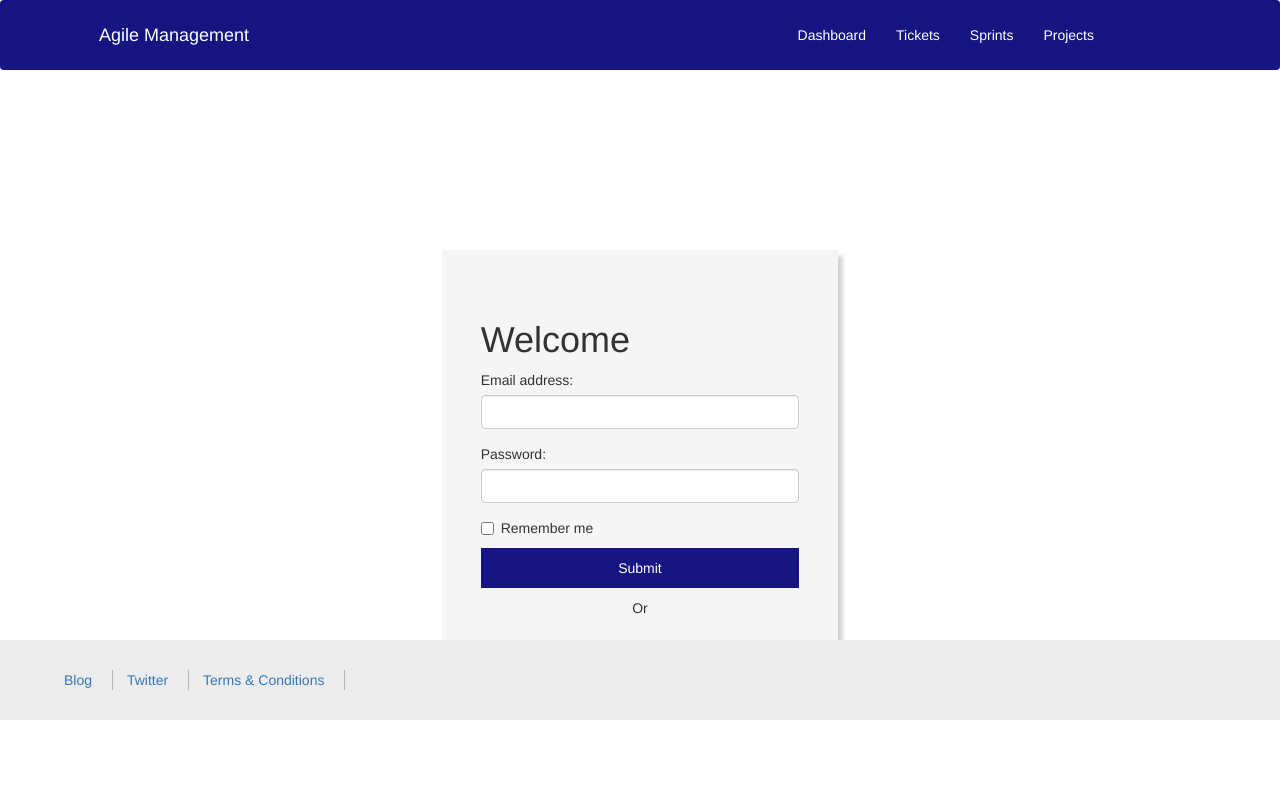
Repository: princexavier/agil
Page: http://localhost/Agile/login.jsp
An editor plug-in stored every save of this project. The page is shown before and after a run of saves, followed by the edit.
The browser window is 1280 px wide. The pictures show the whole page.
Some web libraries are served in a nearby version. The page is served by Tomcat 9.

Above is the page before, as saved 2018-01-19 08:39:00.

After the next 2 saves:
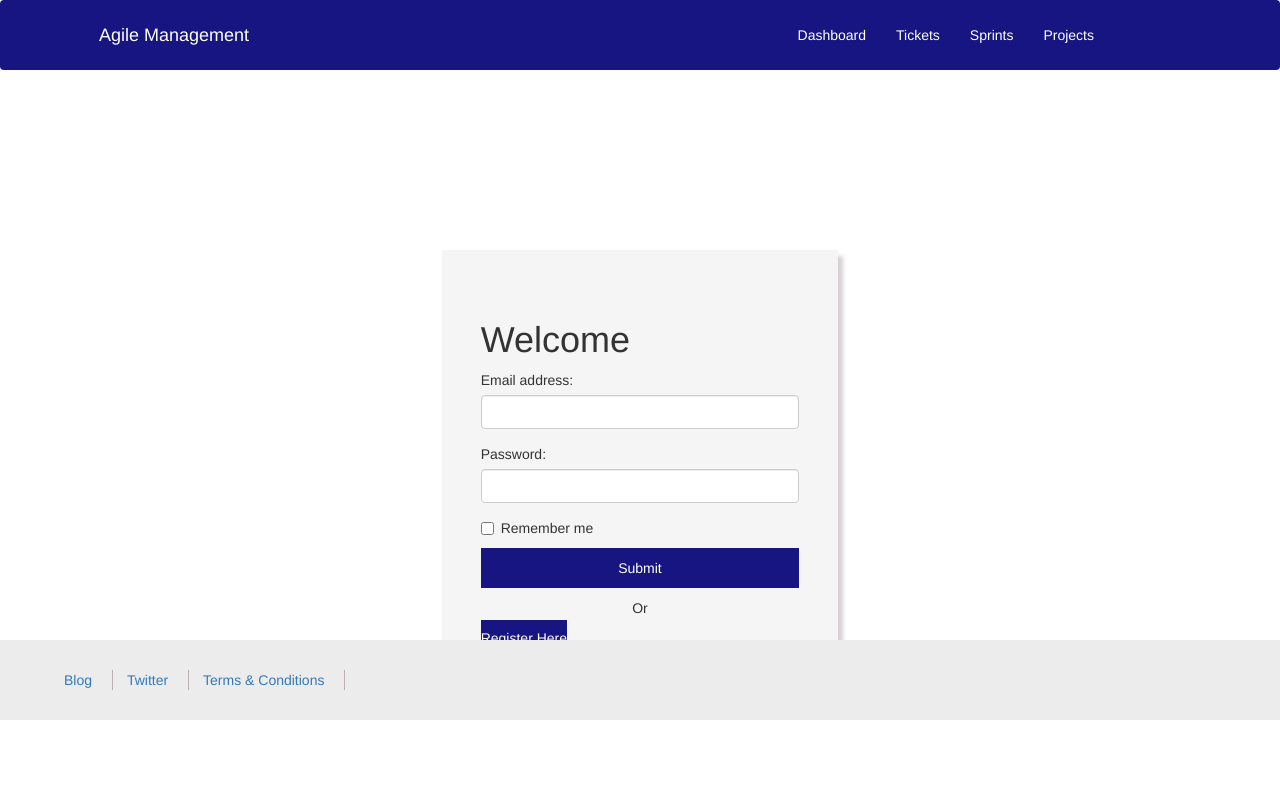
The 2 saves are shown as one change because they came seconds apart.
The last was saved 14 s later.
--- a/workspace/Agile/WebContent/login.jsp
+++ b/workspace/Agile/WebContent/login.jsp
@@ -35,8 +35,7 @@
 			</div>
 		</nav>
 	</header>
-	<div class="container"
-		style="height: 100vh; width: 100%;">
+	<div class="container" style="height: 100vh; width: 100%;">
 		<div class="row">
 			<div class="col-md-4"></div>
 			<div class="col-md-4">
@@ -57,9 +56,12 @@
 					</div>
 					<input type="submit"
 						style="padding: 10px 0px; border: none; width: 100%; background: #161582; color: #fff;">
-					<span style="display:block;text-align:center;padding:10px;">Or</span>
+					<span style="display: block; text-align: center; padding: 10px;">Or</span>
+					<a href="index.jsp"
+						style="padding: 10px 0px; border: none; width: 100%; background: #161582; color: #fff;">Register
+						Here</a>
 				</form>
-				<a href="index.jsp" style="padding: 10px 0px; border: none; width: 100%; background: #161582; color: #fff;">Register Here</a>
+
 			</div>
 			<div class="col-md-4"></div>
 		</div>
